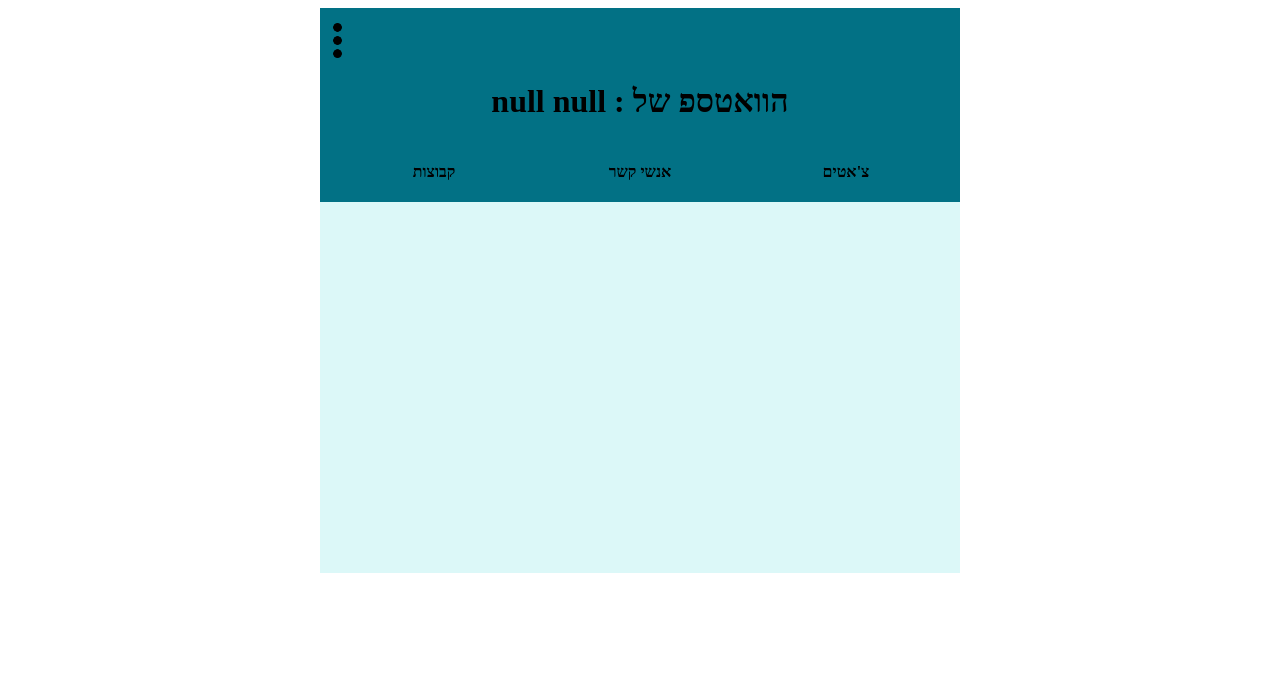
Repository: shlomoYosefi/whatsapp-spring-mongo
Page: whatsapp-client/whatsapp/whatsapp.html
The author's editor kept a copy of each file at every save. The page is drawn from the files as they stood at one save, then again after the next save.
The browser window is 1280 px wide. The pictures show the whole page.
The page's requests for data from a server got no answer.

Above is the page before, as saved 2021-08-11 12:02:30.
Console error: SyntaxError: Unexpected token ':'

After the next save:
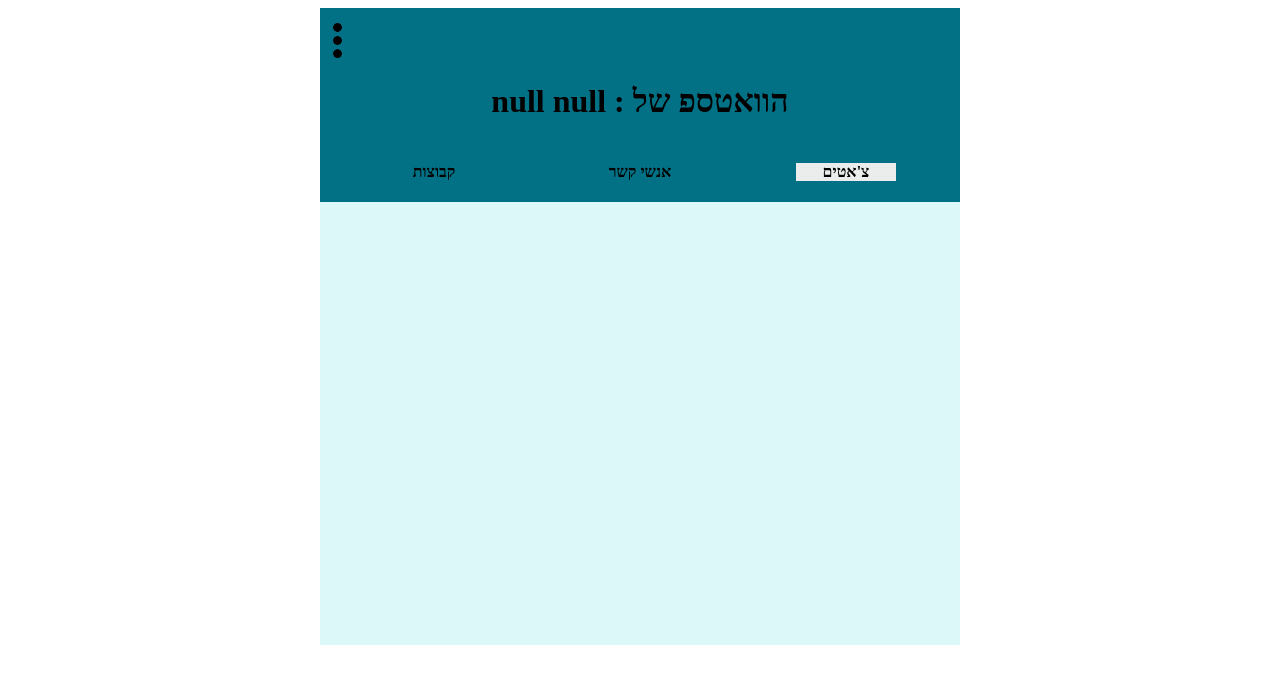
The error is gone.
Saved 5 s later.
--- a/whatsapp-client/whatsapp/functionsToHtml.js
+++ b/whatsapp-client/whatsapp/functionsToHtml.js
@@ -3,7 +3,7 @@
 const urlMessages = "http://localhost:8082/api/v1/messages/"
 const urlMessagesGroup = "http://localhost:8082/api/v1/messagesGroups/"
 const urlUsers = "http://localhost:8082/api/v1/users/";
-const urlGroups = http://localhost:8082/api/v1/users/"
+const urlGroups = "http://localhost:8082/api/v1/users/"
 
 
 let currentUser = localStorage.getItem("username")
